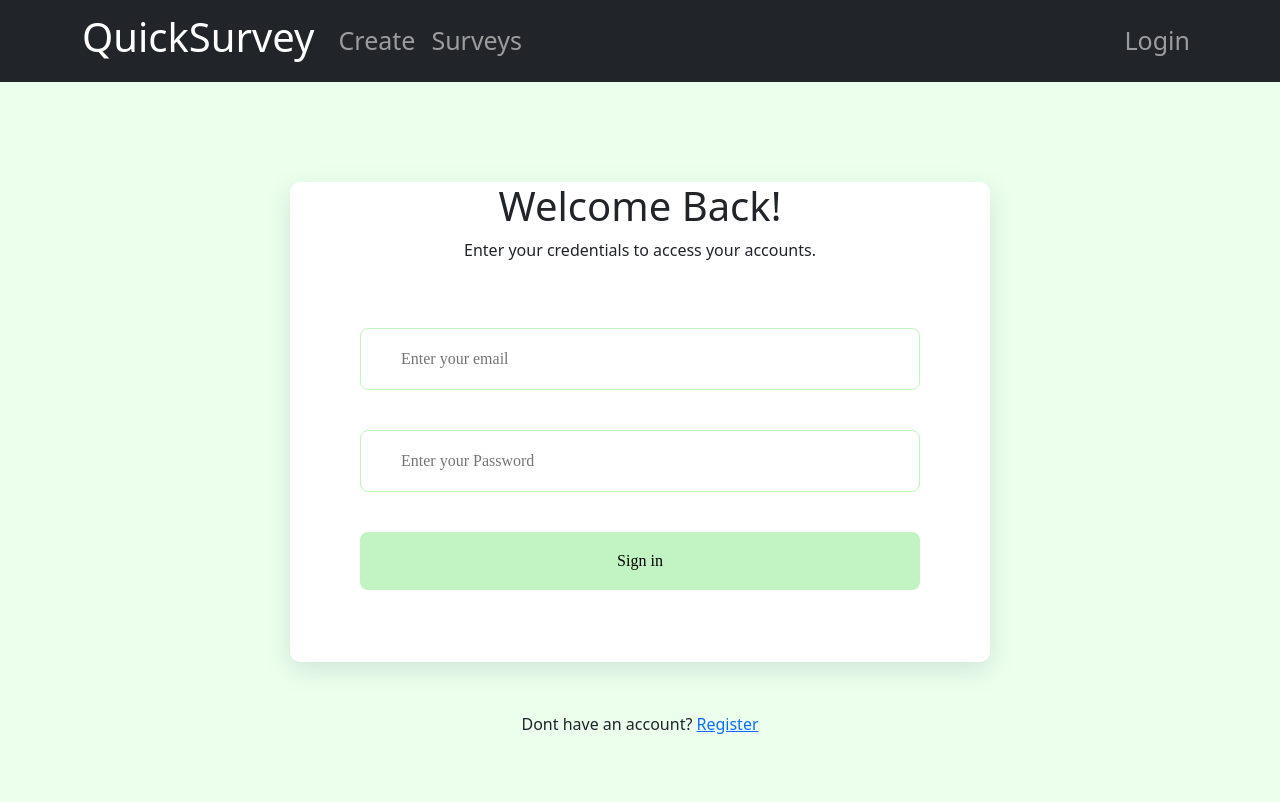
Repository: cakuang1/QuickSurveyReact
Page: /register
An editor plug-in stored every save of this project. The page is shown before and after the next save, followed by the edit.
The browser window is 1280 px wide. The pictures show the whole page.
The project was rebuilt for these pictures with package versions that can differ from the ones it lists, and the page was loaded fresh each time. Also part of the build but not shown: src/index.css, src/pages/home/home.js, src/pages/create/create.js, src/pages/pastsurveys/pastsurveys.js, src/pages/login/login.js.

Above is the page before, as saved 2022-07-24 20:40:31.

After the next save:
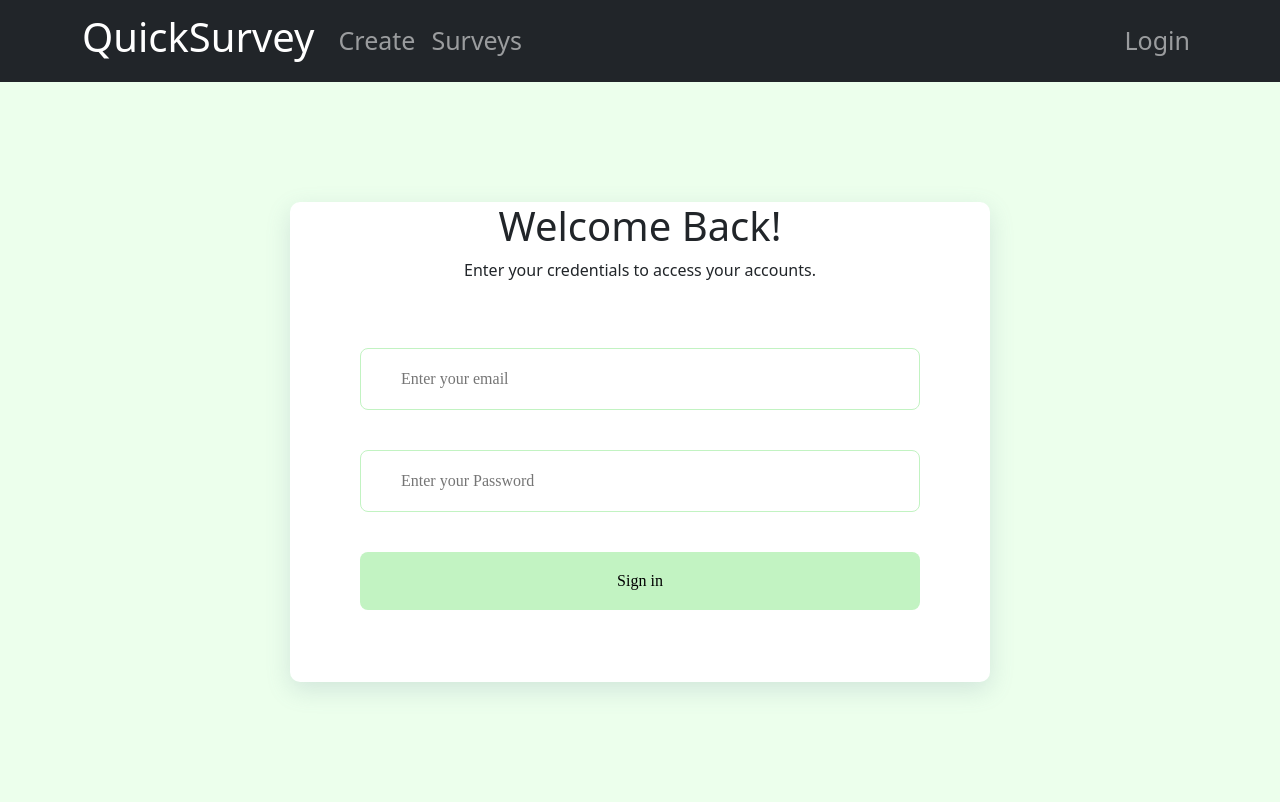
Saved 10 s later.
--- a/src/pages/register/register.js
+++ b/src/pages/register/register.js
@@ -29,9 +29,6 @@ export default function Register() {
                 </form>
             </div>
             <div>
-            <p>Dont have an account? <Link to = "/register">Register</Link></p>
-
-
             </div>
 
         </div>
